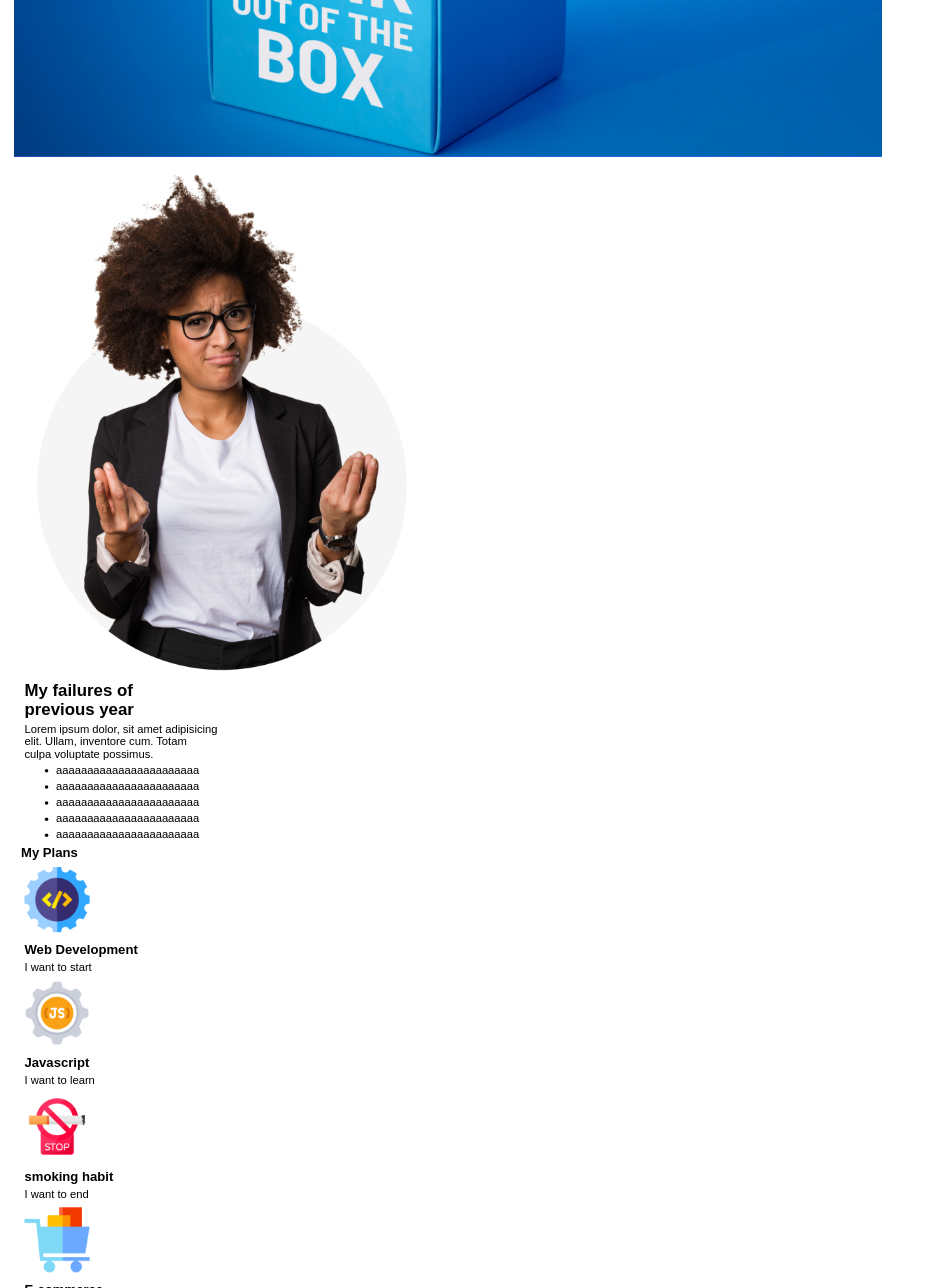
Repository: sadiaafsana138/All-Thinks-Are-Possible-Website
Page: index.html
The author's editor kept a copy of each file at every save. The page is drawn from the files as they stood at one save, then again after the next save.
The browser window is 1280 px wide. The page is 1344 px wide, so the pictures cover 1344 px, including what lies to the right of the window. The pictures show the part of the page from y = 594 to 2434 px (the page is 3719 px tall before and 3734 px after), at 70% of full size.

Above is the page before, as saved 2023-01-08 10:09:24.

### index.html
<!DOCTYPE html>
<html lang="en">

<head>
    <meta charset="UTF-8">
    <meta http-equiv="X-UA-Compatible" content="IE=edge">
    <meta name="viewport" content="width=device-width, initial-scale=1.0">
    <title>First Website</title>
    <link rel="stylesheet" href="styles/web.css">
</head>

<body>
    <!-- header -->
    <header>
        <section class="section1">
            <div>
                <h1 id="head-text1">
                    All Thinks Are<br>Possible If You<br>believe
                </h1>
                <p id="head-text2" >Lorem ipsum dolor sit consectetur adipisicing<br>elit.Veritatis quisquam necessitatibus <br>quod rem vel modi laboriosam doloribus<br>laborum dolorem?
                </p>
                <button id="button1">
                    Contact Us
                </button>
            </div>
        </section>
    </header>
    <main>
        <!--next sections-->
        <section>
            <div>
                <img src="images/person.png" alt="person">
                <div>
                    <h2>
                        My failures of <br>
                        previous year
                    </h2>
                    <p>
                        Lorem ipsum dolor, sit amet adipisicing <br>
                        elit. Ullam, inventore cum. Totam <br>
                        culpa voluptate possimus.
                    </p>
                    <ul>
                        <li>aaaaaaaaaaaaaaaaaaaaaaa</li>
                        <li>aaaaaaaaaaaaaaaaaaaaaaa</li>
                        <li>aaaaaaaaaaaaaaaaaaaaaaa</li>
                        <li>aaaaaaaaaaaaaaaaaaaaaaa</li>
                        <li>aaaaaaaaaaaaaaaaaaaaaaa</li>
                    </ul>
                </div>
            </div>
        </section>

        <!--section 3-->
        <section>
            <div>
                <h3>
                    My Plans
                </h3>
                <div>
                    <img src="images/icons/web.png" alt=""><br>
                    <H3>Web Development</H3>
                    <p>I want to start</p>
                </div>
                <div>
                    <img src="images/icons/js.png" alt=""><br>
                    <H3>Javascript</H3>
                    <p>I want to learn</p>
                </div>
                <div>
                    <img src="images/icons/smoke.png" alt=""><br>
                    <H3>smoking habit</H3>
                    <p>I want to end</p>
                </div>
                <div>
                    <img src="images/icons/ecom.png" alt=""><br>
                    <H3>E-commerce</H3>
                    <p>I want to develop</p>
                </div>
            </div>
            <div>
                <img src="images/watch.png" alt="">
                <img src="images/gradient1.png" alt="">
                <div>
                    <h3>Always Keep positive Mindset</h3><br>
                    <button>Call now</button>
                </div>
            </div>
        </section>

    </main>
    <footer>
        <Section>
            <div>
                <h2>Future</h2><br>
                <p>Lorem ipsum dolor sit amet consectetur adipisicing elit. Totam ullam accusamus sequi dolor dolores,
                    suscipit dignissimos aut doloribus officiis explicabo distinctio dolore, quo perspiciatis odio magni
                    at tempore neque reiciendis.
                </p><br>
                <p>Email: XXXXXX@gmail.com</p><br>
                <P>phone-no: 01516656595</P><br>
                <ul>
                    <li><img src="images/icons/fb.png" alt=""></li>
                    <li><img src="images/icons/youtube.png" alt=""></li>
                    <li><img src="images/icons/twitter.png" alt=""></li>
                </ul>
            </div>
            <div>
                <h3>subscribe</h3><br>
                <input type="email" plavceholder="Enter Your Email"><br>
                <button>subscribe here</button>
            </div>
        </Section>
    </footer>
</body>

</html>

### styles/web.css
*{
margin: 5px 5px ;
font-family: Arial, Helvetica, sans-serif;
}
.section1{
    background-image:url(../images/banner/banner3.png);
    height: 808px;
    width:cover;
    background-repeat: no-repeat;
    background-color: blue;

}
#head-text1{
    color: white;
    padding-left: 50% ;
    padding-right:5%;
    padding-top: 20%;
    text-align: right;
    Font-style: Bold;
}
#head-text2{
    color: white;
    padding-left: 50% ;
    padding-right:5%;
    text-align: right;
}
#button1{
    margin-top: 10px;
    width: 160px;
    height: 56px;
    left: 640px;
    top: 438px;
    text-align: center;
    align-items: right;
    background: white;
    border-radius: 5px;
    margin-right: 150px;
    margin-left: 82%;
    align-content: right;
}

After the next save:
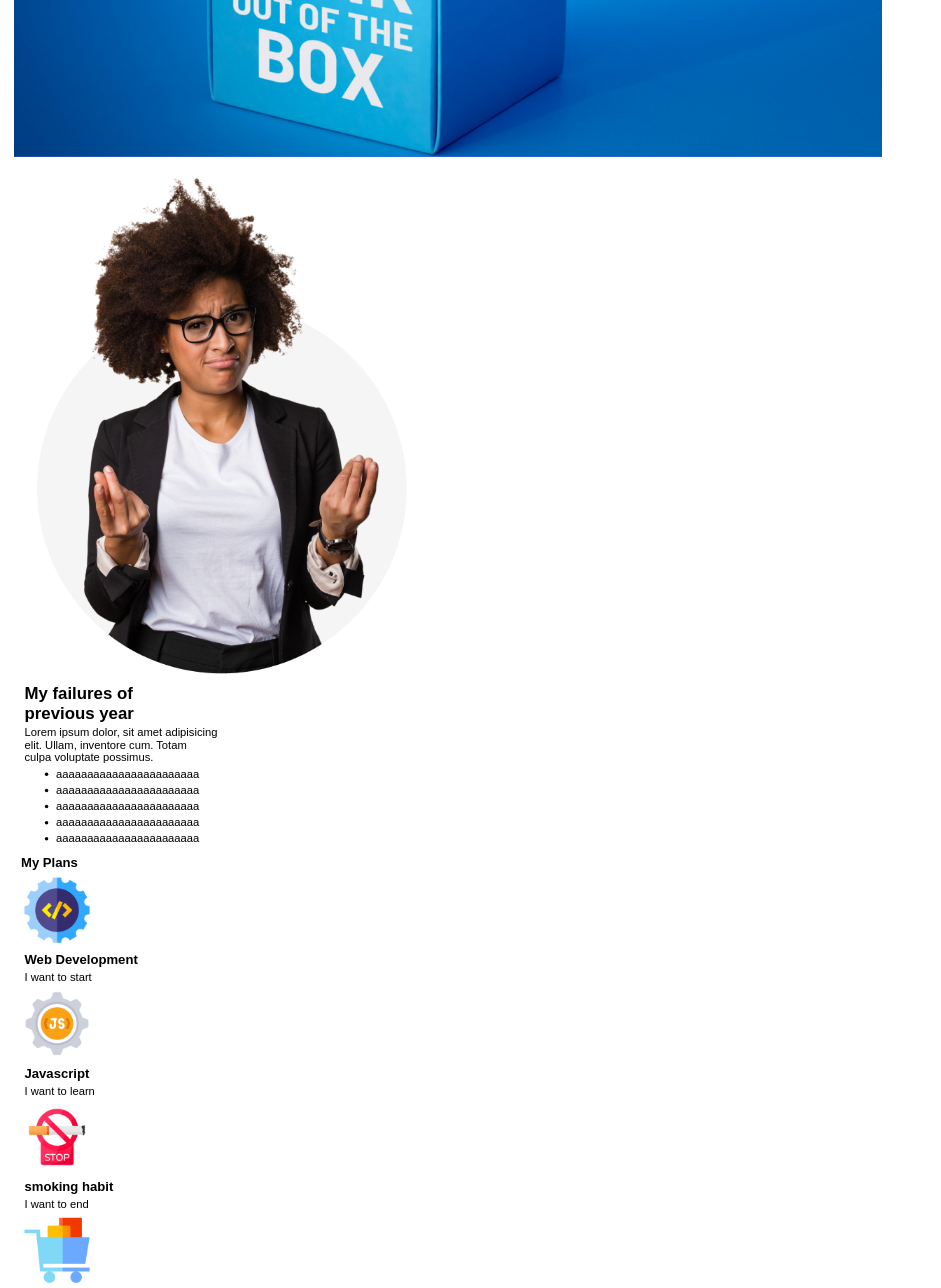
Saved 6 min 56 s later.
--- a/index.html
+++ b/index.html
@@ -26,11 +26,11 @@
         </section>
     </header>
     <main>
-        <!--next sections-->
-        <section>
-            <div>
+        <!--second section-->
+        <section class="section2">
+            <div id="sec2details">
                 <img src="images/person.png" alt="person">
-                <div>
+                <div id="sec2text">
                     <h2>
                         My failures of <br>
                         previous year
--- a/styles/web.css
+++ b/styles/web.css
@@ -38,3 +38,6 @@ font-family: Arial, Helvetica, sans-serif;
     margin-left: 82%;
     align-content: right;
 }
+.section2{
+    display: flex;
+}

After the save that followed:
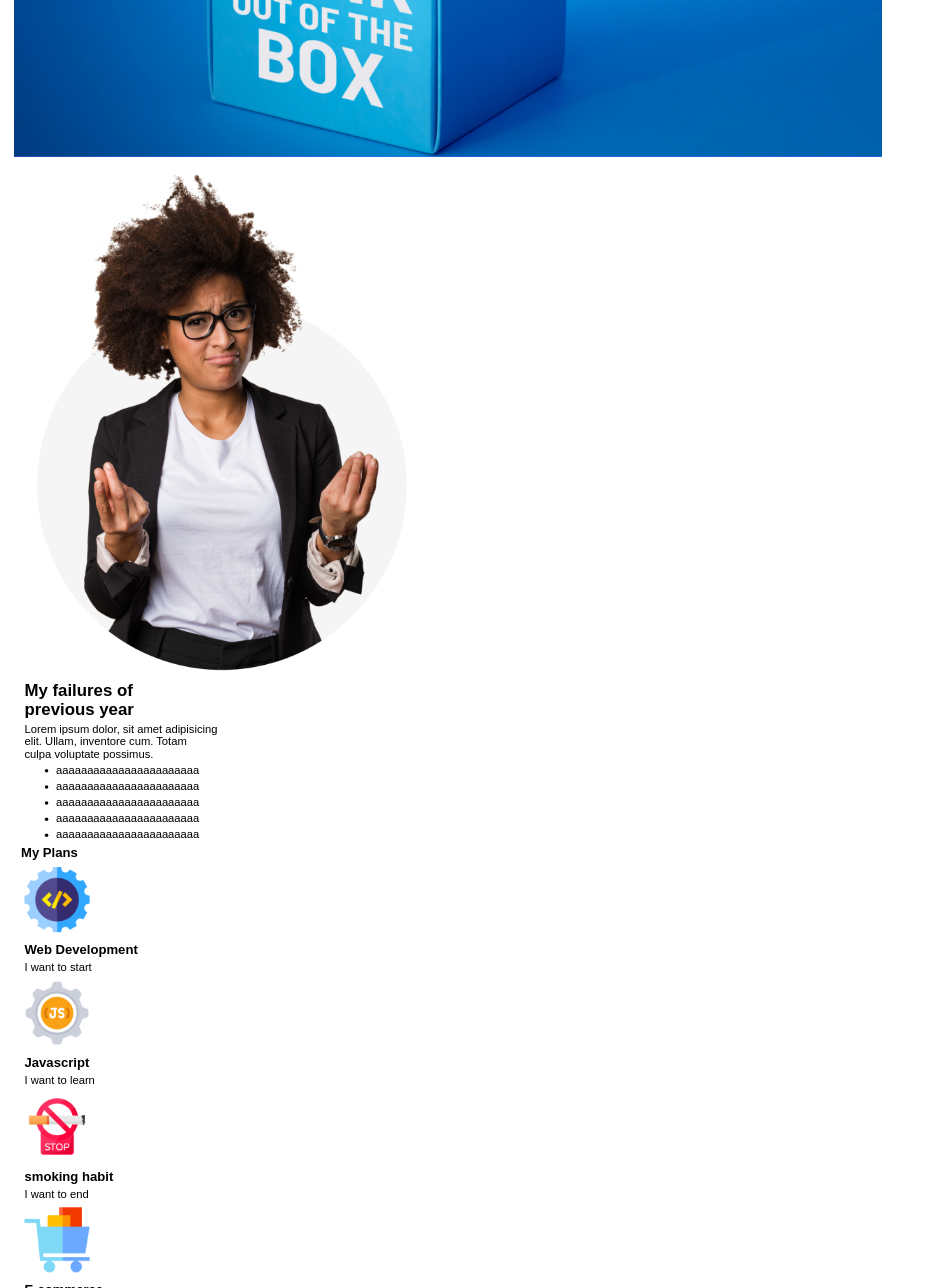
Saved 3 min 2 s later.
--- a/styles/web.css
+++ b/styles/web.css
@@ -38,6 +38,7 @@ font-family: Arial, Helvetica, sans-serif;
     margin-left: 82%;
     align-content: right;
 }
-.section2{
+.sec2details{
     display: flex;
+    height: 500px;
 }
